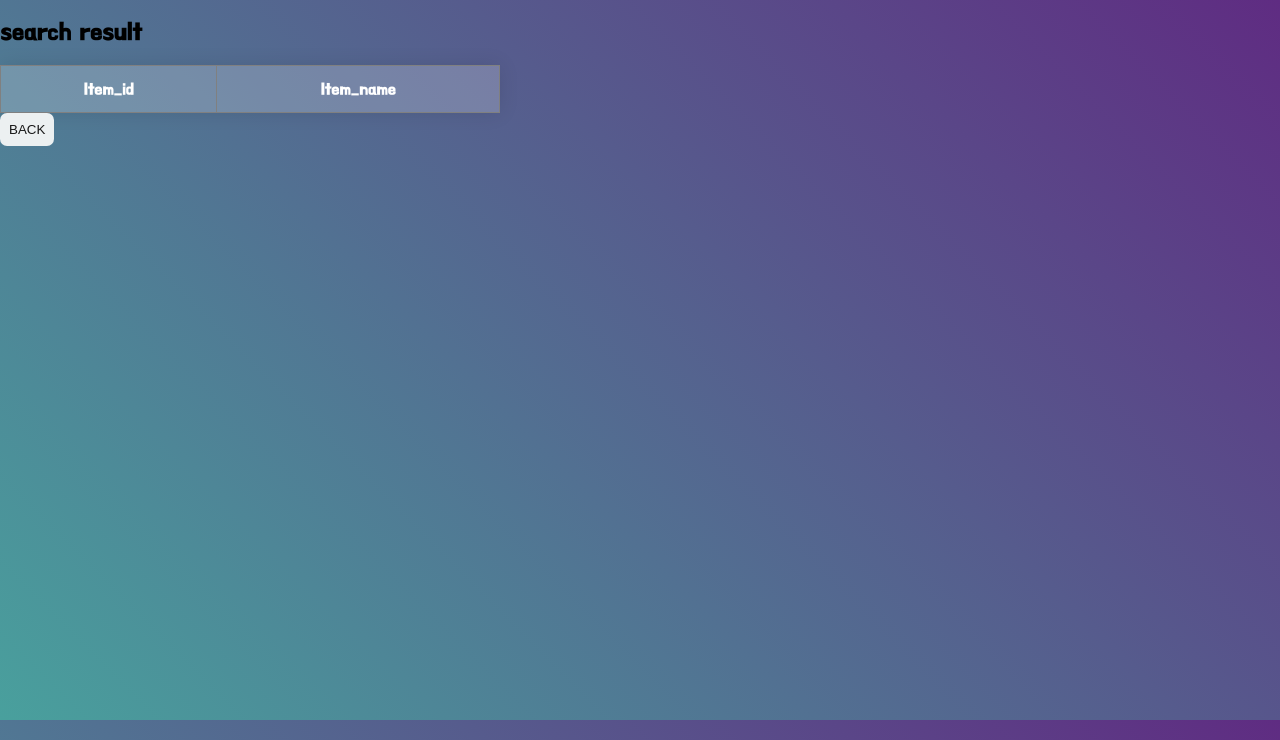
Repository: MIR013/KNU_DB_Project_Team5
Page: http://localhost/Databaase/search_category_result.jsp
The author's editor kept a copy of each file at every save. The page is drawn from the files as they stood at one save, then again after the next save.
The browser window is 1280 px wide. The pictures show the whole page.
The page is served by Tomcat 9. Queries for data that is not in the repository find no rows.

Above is the page before, as saved 2018-11-22 11:25:30.

### dbphase/Databaase/WebContent/search_category_result.jsp
<%@ page language="java" contentType="text/html; charset=UTF-8"
    pageEncoding="UTF-8"%>
<%@ page language="java" import="java.text.*,java.sql.*" %>
<!DOCTYPE html>
<html>
<head>
<meta charset="UTF-8">
<title>Insert title here</title>
<link rel='stylesheet' type='text/css' href='mystyle.css'>
</head>
<body>
<h2>search result</h2>
<%
String serverIP = "localhost";
String dbName = "phase2";
String portNum = "3306";
String url = "jdbc:mysql://" + serverIP + ":" + portNum + "/" + dbName;
String user = "knu";
String pass = "comp322";
Connection conn = null;

Class.forName("com.mysql.jdbc.Driver");
conn = DriverManager.getConnection(url,user,pass);
PreparedStatement pstmt;
ResultSet rs;
ResultSetMetaData rsmd;
int cnt;
String query;
conn.setAutoCommit(false);
%>
<%
	String lcat = request.getParameter("largecat");
	String mcat = request.getParameter("middlecat");
	String scat = request.getParameter("SmallCat");

	query = "SELECT I.Item_id, I.Item_name FROM ITEM I, CATEGORY C WHERE C.Large_category = '"+lcat
			+"' AND C.Middle_category = '"+mcat+"' AND C.Small_category = '"+scat+"' AND C.Category_no = I.Category_no";
	pstmt = conn.prepareStatement(query);
	rs = pstmt.executeQuery();

	out.print("<table border=\"1\">");
	rsmd = rs.getMetaData();
	cnt = rsmd.getColumnCount();
	for(int i=1;i<=cnt;i++){
		out.println("<th>"+rsmd.getColumnName(i)+"</th>");
	}
	while(rs.next()){
		out.print("<tr>");
		String iid = rs.getString(1);
		out.print("<td>"+iid+"</td>");
		out.print("<td>"+rs.getString(2)+"</td>");
		out.print("<td>");
		out.print("<form action='item_detail.jsp' method='POST'>");
		out.print("<input type=\"hidden\" name = \"selectID\" value = "+iid+" />");
		out.print("<input type=\"submit\" value=\"Detail\"/>");
		out.print("</form>");
		out.print("</td>");
		out.print("</tr>");
	}
	out.print("</table>");

%>
<%
String nextpage = "<form action=\"main_page.jsp\" method=\"POST\">" +
			"<input type=\"submit\" value=\"BACK\"/>" +
			"</form>";
out.print(nextpage);
%>
</body>
</html>

### dbphase/Databaase/WebContent/mystyle.css


@font-face{
	font-family:"hanna";
	src:url("hanna.ttf")format("truetype");
}




input {
   /* width: 18%;*/
    text-align: center;

    padding: 1ex;
    border: 2px solid #ECF0F1;
    transition: border ease 500ms;
    border-radius: 1ex;
    background: #ECF0F1;
    color: #181818;

    &:focus {
      outline: none;
      border: 2px solid #3498DB;
    }

    &:not(:last-child) {
      margin-bottom: 1ex;
    }
}
button {
   color: white;
   border: 2px solid #3498DB;
   background: #3498DB;
}

html,
body {
	height: 100%;
}


body {
	margin: 0;
	background: linear-gradient(45deg, #49a09d, #5f2c82);
	font-family: hanna;
	font-weight: 100;
}

.container {
	height:800px;
	overflow: auto;
	position: absolute;
	top: 50%;
	left: 50%;
	transform: translate(-50%, -50%);
}

table {
	width: 500px;
	overflow: hidden;
	border-collapse: collapse;
	box-shadow: 0 0 20px rgba(0,0,0,0.1);
}

th,
td {
	white-space:nowrap;
	text-align: center;
	padding: 15px;
	background-color: rgba(255,255,255,0.2);
	color: #fff;
	margin-left: auto; margin-right: auto;
}

th {
	text-align: center;
}

thead {
	th {
		background-color: #55608f;
	}
}

tbody {
	tr {
		&:hover {
			background-color: rgba(255,255,255,0.3);
		}
	}
	td {
		position: relative;
		&:hover {
			&:before {
				content: "";
				position: absolute;
				left: 0;
				right: 0;
				top: -9999px;
				bottom: -9999px;
				background-color: rgba(255,255,255,0.2);
				z-index: -1;
			}
		}
	}
}

After the next save:
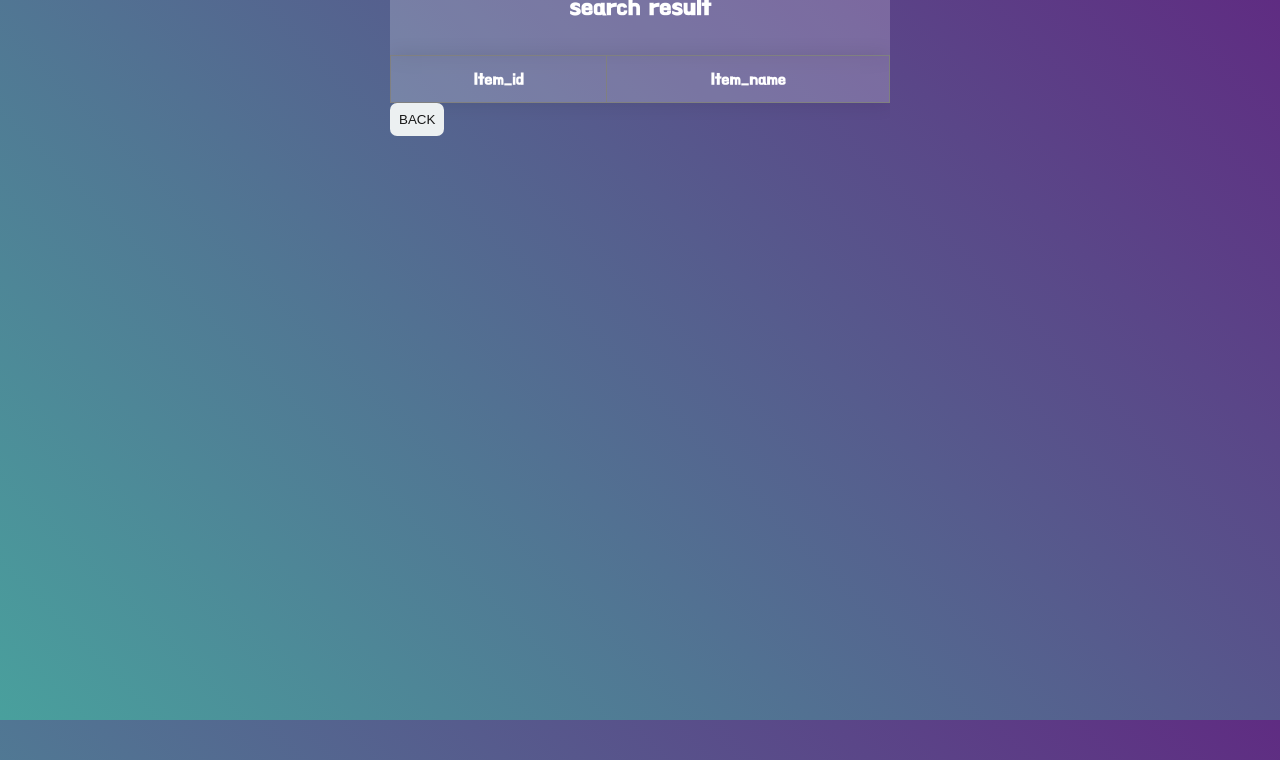
Saved 25 s later.
--- a/dbphase/Databaase/WebContent/search_category_result.jsp
+++ b/dbphase/Databaase/WebContent/search_category_result.jsp
@@ -9,7 +9,7 @@
 <link rel='stylesheet' type='text/css' href='mystyle.css'>
 </head>
 <body>
-<h2>search result</h2>
+
 <%
 String serverIP = "localhost";
 String dbName = "phase2";
@@ -37,6 +37,7 @@ conn.setAutoCommit(false);
 			+"' AND C.Middle_category = '"+mcat+"' AND C.Small_category = '"+scat+"' AND C.Category_no = I.Category_no";
 	pstmt = conn.prepareStatement(query);
 	rs = pstmt.executeQuery();
+	out.print("<div class=\"container\"><table> <tr><th><h2>search result</h2></th></tr>");
 
 	out.print("<table border=\"1\">");
 	rsmd = rs.getMetaData();
